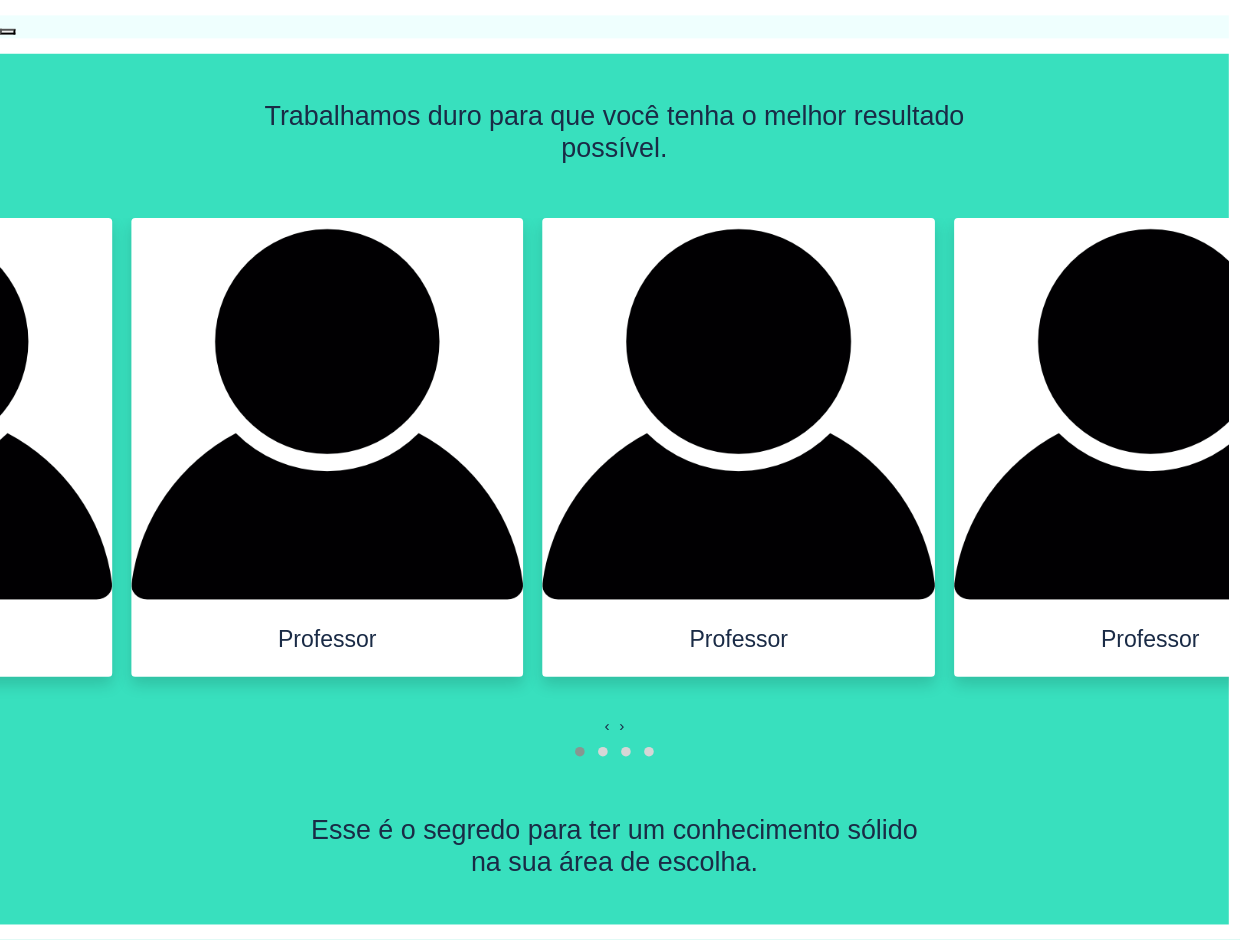
Repository: MarTech-Coders-Planejamento/site-oficial
Page: home.html
The author's editor kept a copy of each file at every save. The page is drawn from the files as they stood at one save, then again after the next save.
The browser window is 1280 px wide. The page is 1292 px wide, so the pictures cover 1292 px, including what lies to the right of the window. The pictures show the whole page, at 96% of full size.
Some web fonts or font styles are not loaded; a fallback is used.

Above is the page before, as saved 2021-10-23 00:42:47.

After the next save:
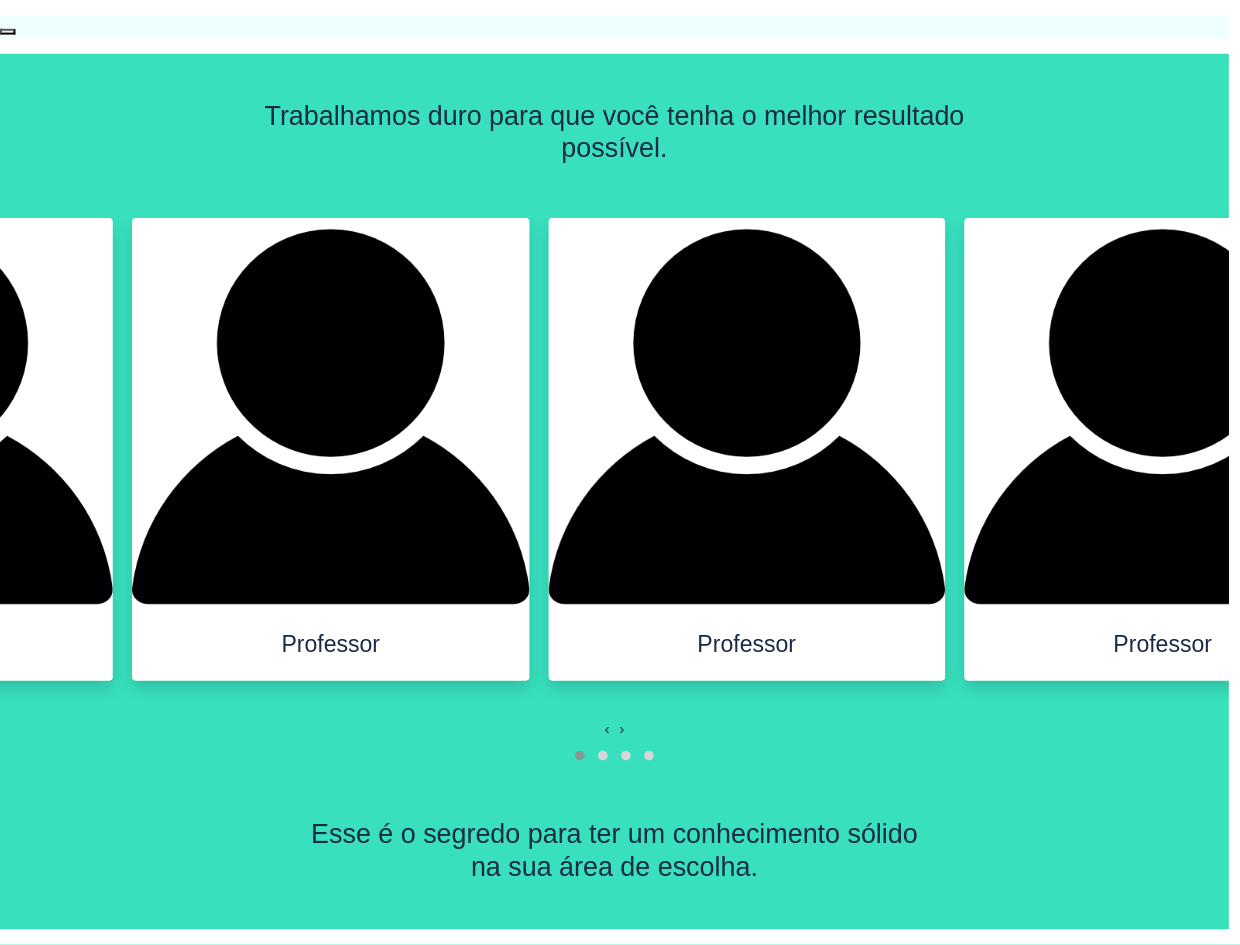
Saved 108 s later.
--- a/home.html
+++ b/home.html
@@ -239,7 +239,6 @@
       $(".owl-carousel").owlCarousel({
         loop: true,
         autoplay: true,
-        stagePadding: 7,
         margin: 20,
         animateOut: "fadeOut",
         animateIn: "fadeIn",
